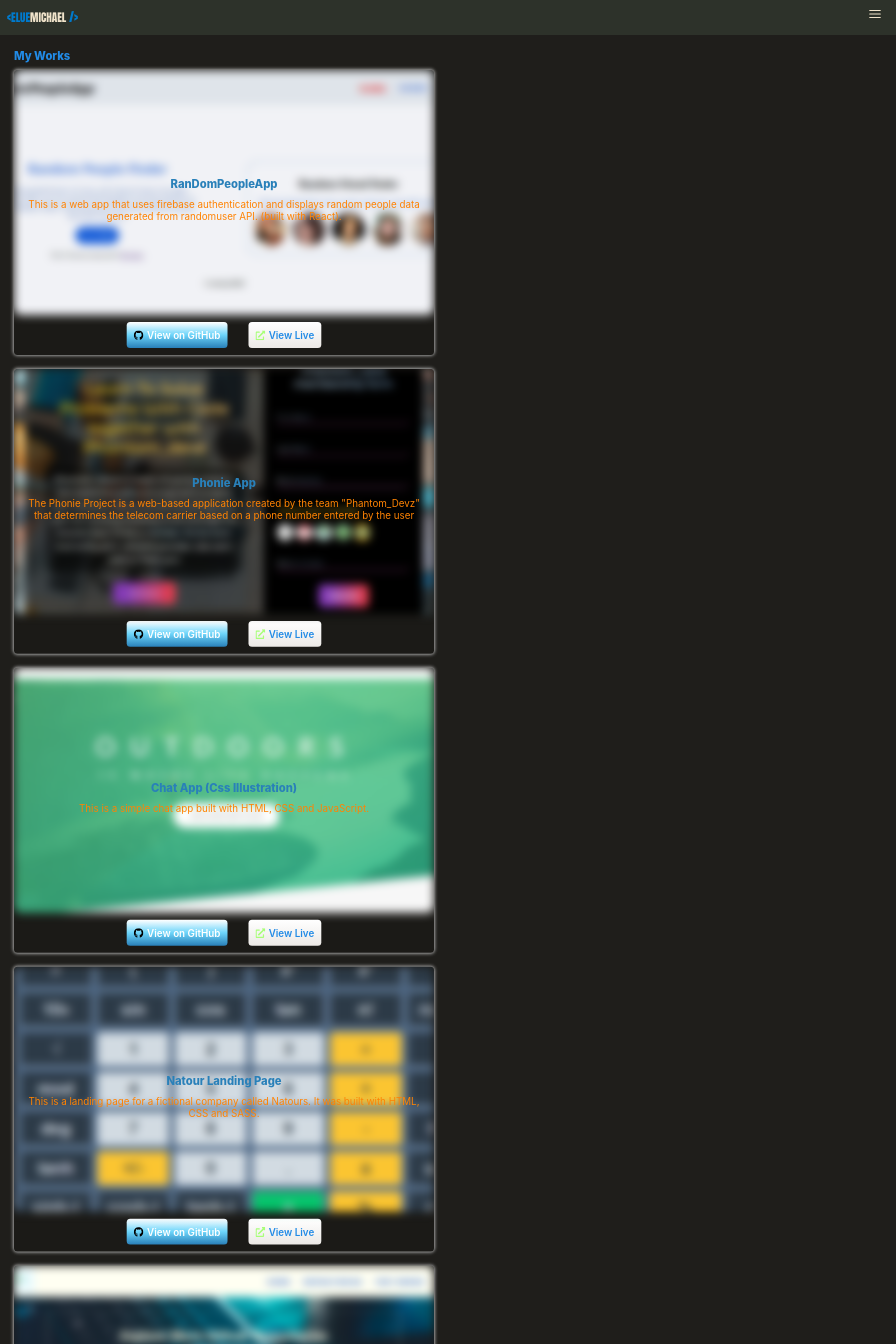
Repository: MikkyPrestige/portfolio
Page: /projects
These files come from the project's save history. The page is drawn as it stood at one moment and after the next save; the edit follows.
The browser window is 1280 px wide. The pictures show the part of the page from y = 0 to 1920 px (the page is 5651 px tall), at 70% of full size.
The project was rebuilt for these pictures with package versions that can differ from the ones it lists, and the page was loaded fresh each time. Also part of the build but not shown: src/components/avatar.jsx, src/components/home.jsx, src/components/about.jsx, src/components/fallback.jsx.

Above is the page before, as saved 2023-02-21 19:19:14.

### public/index.html
<!DOCTYPE html>
<html lang="en">
  <head>
    <meta charset="utf-8" />
    <link rel="icon" href="%PUBLIC_URL%/favicon.ico" />
    <meta name="viewport" content="width=device-width, initial-scale=1" />
    <meta name="theme-color" content="#000000" />
    <meta
      name="description"
      content="Web site created using create-react-app"
    />
    <link rel="apple-touch-icon" href="%PUBLIC_URL%/logo192.png" />
    <!--
      manifest.json provides metadata used when your web app is installed on a
      user's mobile device or desktop. See https://developers.google.com/web/fundamentals/web-app-manifest/
    -->
    <link rel="manifest" href="%PUBLIC_URL%/manifest.json" />
    <!--
      Notice the use of %PUBLIC_URL% in the tags above.
      It will be replaced with the URL of the `public` folder during the build.
      Only files inside the `public` folder can be referenced from the HTML.

      Unlike "/favicon.ico" or "favicon.ico", "%PUBLIC_URL%/favicon.ico" will
      work correctly both with client-side routing and a non-root public URL.
      Learn how to configure a non-root public URL by running `npm run build`.
    -->
    <title>Elue Michael Portfolio</title>
  </head>
  <body>
    <noscript>You need to enable JavaScript to run this app.</noscript>
    <div id="root"></div>
    <!--
      This HTML file is a template.
      If you open it directly in the browser, you will see an empty page.

      You can add webfonts, meta tags, or analytics to this file.
      The build step will place the bundled scripts into the <body> tag.

      To begin the development, run `npm start` or `yarn start`.
      To create a production bundle, use `npm run build` or `yarn build`.
    -->
  </body>
</html>

### src/assets/styles/sass/main.scss
@import 'abstracts/variables';
@import 'base/utilities';
@import 'base/base';
@import 'layouts/header';
@import 'pages/home';
@import 'pages/about';
@import 'pages/projects';
@import 'base/animation';

// @media (prefers-reduced-motion: no-preference) {
//   .App-logo {
//     animation: App-logo-spin infinite 20s linear;
//   }
// }

// @keyframes App-logo-spin {
//   from {
//     transform: rotate(0deg);
//   }
//   to {
//     transform: rotate(360deg);
//   }
// }

### src/components/layout.jsx
import React from "react";
import { MdClose } from "react-icons/md";
import { FiMenu } from "react-icons/fi";
import { useState } from "react";
import { NavLink } from "react-router-dom";

const Layout = () => {
  return (
    <div>
      <LayoutSmall />
      <LayoutLarge />
    </div>
  );
};

const CustomNavLink = ({ to, ...props }) => {
  let activeStyle = {
    color: "var(--color--green)",
    textDecoration: "underline",
  };

  return (
    <NavLink
      to={to}
      style={({ isActive }) =>
        isActive ? activeStyle : { textDecoration: "none" }
      }
      {...props}
    />
  );
};

const LayoutSmall = () => {
  const [showMenu, setShowMenu] = useState(false);

  const toggleMenu = () => {
    setShowMenu(!showMenu);
  };

  const closeMenu = () => {
    setShowMenu(false);
  };

  return (
    <div className="layout layout--small">
      <header className="layout--header">
        <div className="layout--header__title">
          <h1 className="layout--header__title__content">
            <span className="layout--header__title__content__span">{"<"}</span>
            <span className="layout--header__title__content__span--2">
              ELUE
            </span>
            MICHAEL{" "}
            <span className="layout--header__title__content__span">{"/>"}</span>
          </h1>
        </div>
        <nav className="layout--menu">
          <button className="layout--menu__button" onClick={toggleMenu}>
            {showMenu ? <MdClose /> : <FiMenu />}
          </button>
          <div className={`layout--menu__content ${showMenu ? "show" : ""}`}>
            <ul className="layout--menu__content__list">
              <li>
                <CustomNavLink
                  to="/"
                  onClick={closeMenu}
                  className="layout--menu__content__list__item"
                >
                  <span>#</span>Home
                </CustomNavLink>
              </li>
              <li>
                <CustomNavLink
                  to="/about"
                  onClick={closeMenu}
                  className="layout--menu__content__list__item"
                >
                  <span>#</span>About me
                </CustomNavLink>
              </li>
              <li>
                <CustomNavLink
                  to="/projects"
                  onClick={closeMenu}
                  className="layout--menu__content__list__item"
                >
                  <span>#</span>Projects
                </CustomNavLink>
              </li>
              <li>
                <CustomNavLink
                  to="/contact"
                  onClick={closeMenu}
                  className="layout--menu__content__list__item"
                >
                  <span>#</span>Contact
                </CustomNavLink>
              </li>
            </ul>
          </div>
        </nav>
      </header>
    </div>
  );
};

const LayoutLarge = () => {
  return (
    <div className="layout layout--large">
      <header className="layout--header">
        <div className="layout--title">
          <h1 className="layout--title__content">
            <span className="layout--title__content__span">{"<"}</span>
            <span className="layout--header__title__content__span--2">
              ELUE
            </span>
            MICHAEL<span className="layout--title__content__span">{"/>"}</span>
          </h1>
        </div>
        <div className="layout--menu">
          <ul className="layout--menu__list">
            <li className="layout--menu__list__item">
              <CustomNavLink to="/">Home</CustomNavLink>
            </li>
            <li className="layout--menu__list__item">
              <CustomNavLink to="/about">About me</CustomNavLink>
            </li>
            <li className="layout--menu__list__item">
              <CustomNavLink to="/projects">Projects</CustomNavLink>
            </li>
            <li className="layout--menu__list__item">
              <CustomNavLink to="/contact">Contact</CustomNavLink>
            </li>
          </ul>
        </div>
      </header>
    </div>
  );
};

export { Layout, LayoutSmall, LayoutLarge };

### src/assets/styles/sass/abstracts/_variables.scss
:root {
  --color-primary: #cc4600;
  --color-secondary: #bb45cb;
  --color-tertiary: #eefff8;

  // MARK UP
  --color--markup: #FF8303;
  // TEXT
  --color--text: #F0E3CA;

  // BACKGROUND
  --color--bg: #2D322A;
  --color--bg-light: #242320;
  --color--bg-dark: #1B1A17;
  --color--bg-dark-2: #1F1E1B;
  //DARK
  --color--dark: rgba(22, 22, 22, 1);
  --color--dark-1: rgba(34, 34, 34, 1);
  --color--dark-2: rgba(45, 45, 45, 1);
  --color--dark-3: rgba(51, 51, 51, 1);
  --color--dark-4: rgba(189, 189, 189, 1);
  //WHITE
  --color--white: rgba(255, 255, 255, 1);
  --color--white-1: rgba(240, 227, 202, 1);
  --color--white-2: #ece9e6;
  --color--white-op: rgba(240, 227, 202, 0.76);

  // GRAY
  --color--gray: #ABB2BF;

  --light-blue: rgba(97, 218, 251, 1);
  --light-blue--1: #3bc9db;
  --light-blue--2: #6dd5fa;
  --dark-blue: rgba(0, 122, 204, 1);
  --dark-blue--1: #2980b9;
  --blue-cyan: #228be6;
  --dark-blue-op: rgba(6, 6, 7, 0.82);

  --color--green: rgba(131, 205, 41, 1);

  //Font size
  --font-size: 1rem;
  --font-size--small: 1.2rem;
  --font-size--medium: 1.4rem;
  --font-size--large: 1.6rem;
  --font-size--x-large: 1.8rem;
  --font-size--xx-large: 2rem;
  // ICON FONTS
  --font-size--icon: 3rem;
  --font-size--icon-1: 3.5rem;
  --font-size--icon-2: 4rem;


  //Font family
  --font-family: 'Roboto', sans-serif;
  --font--family--primary: 'Inter', sans-serif;
  --font-family--secondary: 'Inconsolata', monospace;
  --font-family--tertiary: 'Impact', sans-serif;
  --font-family--2: 'Fira Code', monospace;

  // FONT WEIGHT
  --font-weight--light: 300;
  --font-weight--regular: 400;
  --font-weight--medium: 600;
  --font-weight--bold: 800;
  --font-weight--boldest: 900;
}

### src/assets/styles/sass/base/_utilities.scss
.github-link-bg {
  background: linear-gradient(to top, var(--dark-blue--1), var(--light-blue--2), var(--color--white));
}

.live-link-bg {
  background: linear-gradient(to top, var(--color--white-2), var(--color--white));
}

.blue-markup {
  color: var(--blue-cyan) !important;
}

### src/assets/styles/sass/base/_base.scss
*,
*::after,
*::before {
  margin: 0;
  padding: 0;
  box-sizing: border-box;
}

html {
  font-size: 62.5%;
  font-family: var(--font-family);
  color: var(--color-white);
  background-color: var(--color--bg);
}

::selection {
  background-color: var(--color-primary);
  color: var(--color-white);
}

### src/assets/styles/sass/layouts/_header.scss
.layout {
  width: 100%;
  height: 5rem;

  &--header {
    display: flex;
    justify-content: space-between;
    align-items: center;
    padding: 1rem;

    &__title {
      text-align: center;

      &__content {
        color: var(--color--text);
        font-family: var(--font-family--tertiary);
        font-size: var(--font-size--large);
        font-weight: var(--font-weight--regular);
        position: absolute;
        z-index: 1000;

        &__span {
          color: var(--dark-blue);
          font-size: var(--font-size--x-large);

          &--2 {
            color: var(--dark-blue);
          }
        }
      }
    }
  }

  &--menu {
    position: relative;

    &__button {
      position: fixed;
      top: 1rem;
      right: 2rem;
      z-index: 10;
      background-color: var(--color--bg);
      color: var(--color--text);
      border: none;
      font-size: var(--font-size--xx-large);
      font-weight: var(--font-weight--bold);
      cursor: pointer;
    }

    &__content {
      position: fixed;
      top: 0;
      right: 0;
      width: 0;
      max-width: 100%;
      height: 85%;
      background-color: var(--color--bg-dark);
      z-index: 5;
      overflow: hidden;

      &.show {
        width: 100%;
        transition: all 1s ease-in-out;
        -webkit-transition: all 1s ease-in-out;
        -moz-transition: all 1s ease-in-out;
        -ms-transition: all 1s ease-in-out;
        -o-transition: all 1s ease-in-out;
      }

      &__list {
        list-style: none;
        display: flex;
        flex-direction: column;
        justify-content: center;
        align-items: center;
        gap: 5rem;
        padding: 0;
        margin-top: 8rem;

        &__item {
          color: var(--dark-blue);
          font-family: var(--font-family--secondary);
          font-size: var(--font-size--large);
          font-weight: var(--font-weight--bold);
          font-style: normal;
          text-transform: capitalize;
          cursor: pointer;
          transition: all 1s ease-in-out;
          -webkit-transition: all 1s ease-in-out;
          -moz-transition: all 1s ease-in-out;
          -ms-transition: all 1s ease-in-out;
          -o-transition: all 1s ease-in-out;

          &:hover,
          &:active {
            color: var(--color--text);
          }

          span {
            color: var(--color--white-1);
          }
        }
      }
    }
  }


  &--large {
    display: none;
  }
}

### src/assets/styles/sass/pages/home.scss
.home {
  width: 100%;
  height: 100vh;
  background: radial-gradient(100% 100% at 50% 100%, var(--color--bg-dark-2) 21.52%, var(--color--bg-dark) 100%);

  &--contents {
    display: flex;
    flex-direction: column;
    justify-content: center;
    align-items: center;
    padding: 3rem 5rem;
    gap: 3rem;
  }

  &--content {
    display: flex;
    flex-direction: column;
    align-items: flex-start;
    padding: 0;
    gap: .5rem;

    &__title {
      font-family: var(--font-family--secondary);
      font-size: var(--font-size--x-large);
      font-weight: var(--font-weight--boldest);
      color: var(--dark-blue);
    }

    &__subtitle {
      font-family: var(--font-family--secondary);
      font-size: var(--font-size--large);
      font-weight: var(--font-weight--bold);
      color: var(--color--text);
    }

    &__desc {
      font-family: var(--font-family--secondary);
      font-size: var(--font-size--small);
      font-weight: var(--font-weight--regular);
      color: var(--color--white-1);
    }
  }

  &--avatar {
    border-radius: 5%;
    -webkit-border-radius: 5%;
    -moz-border-radius: 5%;
    -ms-border-radius: 5%;
    -o-border-radius: 5%;
    background-image: radial-gradient(circle, var(--blue-cyan) 5%, var(--light-blue--1) 95%);
  }
}

### src/assets/styles/sass/pages/_about.scss
.about {
  width: 100%;
  height: 100%;
  background-color: var(--color--bg-dark-2);
  color: var(--color--gray);

  &--wrapper {
    display: flex;
    flex-direction: column;
    justify-content: center;
    align-items: center;
    gap: 1rem;
  }

  &--desc {
    padding: 5rem;
    display: flex;
    flex-direction: column;
    justify-content: center;
    align-items: center;
    gap: 5rem;
  }

  &--img {
    position: relative;

    &__content1 {
      width: 3rem;
      height: 3rem;
      position: absolute;
      top: 0;
      left: 0;
      background: var(--dark-blue);
      transform: rotate(51.88deg);
    }

    &__content2 {
      width: 3rem;
      height: 3rem;
      position: absolute;
      top: 0;
      left: 0;
      background: var(--color--white-op);
    }
  }

  &--content {
    display: flex;
    flex-direction: column;
    justify-content: center;
    align-items: flex-start;
    gap: 2rem;
    font-family: var(--font-family--2);

    &__title {
      line-height: 2;

      &__head {
        font-size: var(--font-size--x-large);
        font-weight: var(--font-weight--medium);
      }

      &__span {
        color: var(--dark-blue);
      }

      &__subhead {
        font-size: var(--font-size--medium);
        font-weight: var(--font-weight--regular);
      }
    }

    &__text {
      padding-left: 3rem;
      line-height: 1.5;
      color: var(--color--text);

      &__head {
        font-size: var(--font-size--large);
        font-weight: var(--font-weight--regular);

        &__name {
          color: var(--blue-cyan);
          font-weight: var(--font-weight--medium);
        }
      }

      &__desc {
        font-size: var(--font-size--small);
        font-weight: var(--font-weight--regular);
      }
    }
  }

  &--skills {
    display: flex;
    flex-direction: column;
    justify-content: center;
    align-items: center;
    gap: 2rem;

    &__title__head {
      font-size: var(--font__title -size--x-large);
      font-weight: var(--font-weight--medium);
      color: var(--dark-blue);
      text-transform: capitalize;
    }

    &__icon {
      font-size: var(--font-size--medium);
      color: var(--color--white-1);
    }

    &__content {
      display: flex;
      flex-direction: column;
      align-items: flex-start;
      gap: 2rem;
      padding: 0;
      width: 100%;

      &__items {
        display: grid;
        grid-template-columns: repeat(2, 1fr);
        gap: 2rem 5rem;
        width: 100%;
        padding: 1rem 3rem;
        border-radius: 1rem;
        background-color: var(--color--bg-dark);

        &__card {
          display: flex;
          flex-direction: column;
          justify-content: center;
          align-items: center;
          padding: 1rem;
          width: 10rem;
          border-radius: 1rem;
          -webkit-border-radius: 1rem;
          -moz-border-radius: 1rem;
          -ms-border-radius: 1rem;
          -o-border-radius: 1rem;

          &__icon {
            font-size: var(--font-size--icon-2);
          }

          &__text {
            font-family: var(--font-family--secondary);
            font-size: var(--font-size--medium);
            font-weight: var(--font-weight--medium);
            color: var(--color--white-1);
          }
        }
      }
    }
  }
}

### src/assets/styles/sass/pages/_projects.scss
.project {
  padding: 2rem;
  background-color: var(--color--bg-dark-2);

  &--title {
    font-family: var(--font--family--secondary);
    font-size: var(--font-size--large);
    font-weight: var(--font-weight--bold);
    color: var(--blue-cyan);
    margin-bottom: 1rem;
  }

  &--wrapper {
    display: grid;
    grid-template-columns: repeat(1, 1fr);
    gap: 2rem;
    width: 100%;
  }

  &--card {
    background-color: var(--color--bg-dark);
    // margin: auto;
    padding: 1rem;
    border-radius: 0.5rem;
    box-shadow: 0 0 0.5rem 0.1rem var(--color--dark-4);
    transition: all 0.3s ease-in-out;
    position: relative;
    display: flex;
    flex-direction: column;
    justify-content: center;
    align-items: center;
    // height: 100%;
    max-width: 60rem;
    overflow-y: hidden;

    &:hover {
      transform: translateY(-0.5rem);
      box-shadow: 0 0 0.5rem 0.1rem var(--color--dark-4);
    }

    &__blur {
      position: absolute;
      top: 0;
      left: 0;
      width: 100%;
      height: 35rem;
      border-radius: 1rem;
      background-size: cover;
      background-position: center;
      background-repeat: no-repeat;
      filter: blur(0.7rem);
      //z-index: 1;

      &-1 {
        background-image: url(../../../images/randomApp.jpeg);
      }

      &-2 {
        background-image: url(../../../images/phonieApp.jpeg);
      }

      &-3 {
        background-image: url(../../../images/natours.jpeg);
      }

      &-4 {
        background-image: url(../../../images/calculator.jpeg);
      }

      &-5 {
        background-image: url(../../../images/repoApp.jpeg);
      }

      &-6 {
        background-image: url(../../../images/fylo.jpeg);
      }

      &-7 {
        background-image: url(../../../images/orderCard.jpeg);
      }

      &-8 {
        background-image: url(../../../images/phonyApp.jpeg);
      }

      &-9 {
        background-image: url(../../../images/ratingApp.jpeg);
      }

      &-10 {
        background-image: url(../../../images/chatAppCss.jpeg);
      }

      &-11 {
        background-image: url(../../../images/trillo.jpeg);
      }

      &-12 {
        background-image: url(../../../images/statsCard.jpeg);
      }

      &-13 {
        background-image: url(../../../images/phonyApp.jpeg);
      }

      &-14 {
        background-image: url(../../../images/shoebrand.jpeg);
      }
    }

    &__content {
      height: 35rem;
      width: 100%;
      display: flex;
      flex-direction: column;
      justify-content: center;
      align-items: center;
      gap: 1rem;
      position: relative;
      top: 0;
      left: 0;
      // z-index: 10;

      &__title {
        font-family: var(--font--family--secondary);
        font-size: var(--font-size--large);
        font-weight: var(--font-weight--bold);
        color: var(--dark-blue--1);
      }

      &__desc {
        font-family: var(--font--family--secondary);
        font-size: var(--font-size--medium);
        font-weight: var(--font-weight--regular);
        color: var(--color--markup);
        text-align: center;
      }
    }

    &__links {
      display: flex;
      align-items: center;
      gap: 3rem;

      &__link {
        text-decoration: none;
        padding: 1rem;
        border-radius: 0.5rem;
        font-family: var(--font--family--secondary);
        font-size: var(--font-size--medium);
        font-weight: var(--font-weight--medium);
        color: var(--color--white);
        transition: all 0.3s ease-in-out;
        display: inline-flex;
        align-items: center;
        gap: .5rem;

        &:hover,
        &:focus {
          outline: none;
          animation: Heartbeat 1s infinite;
          -webkit-animation: Heartbeat 1s infinite;
}
      }
    }
  }
}

### src/assets/styles/sass/base/_animation.scss
//  INFINITE HEARTBEAT PAUSE ANIMATION

@keyframes Heartbeat {
  0% {
    transform: scale(1);
    -webkit-transform: scale(1);
    -moz-transform: scale(1);
    -ms-transform: scale(1);
    -o-transform: scale(1);
  }

  50% {
    transform: scale(1.05);
    -webkit-transform: scale(1.05);
    -moz-transform: scale(1.05);
    -ms-transform: scale(1.05);
    -o-transform: scale(1.05);
  }

  100% {
    transform: scale(1);
    -webkit-transform: scale(1);
    -moz-transform: scale(1);
    -ms-transform: scale(1);
    -o-transform: scale(1);
  }
}

Loaded but not shown: src/index.css (common file); src/reportWebVitals.js (common file); src/index.js (21 lines, source omitted); src/App.js (22 lines, source omitted); src/components/projects.jsx (437 lines, source omitted)

After the next save:
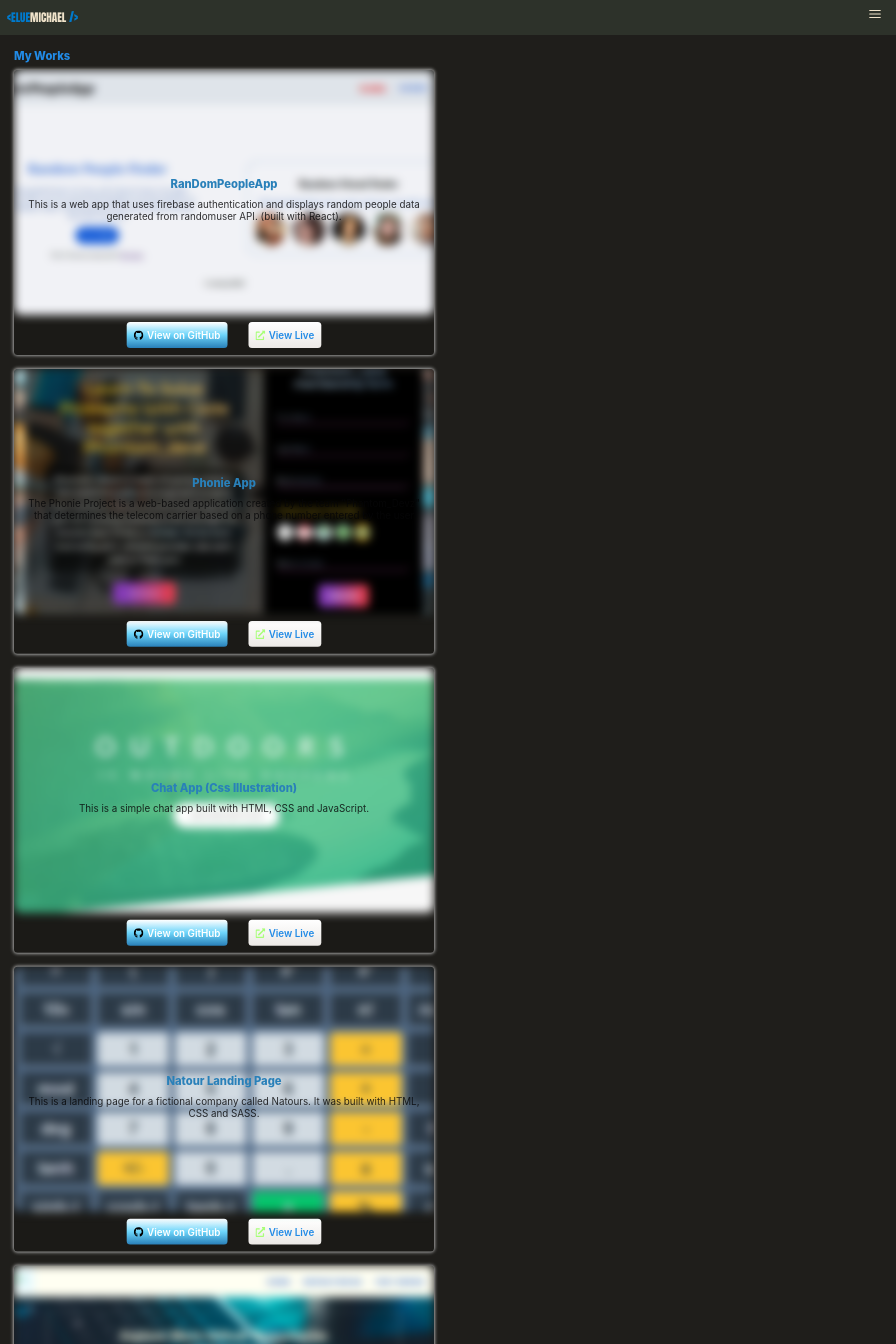
Saved 41 s later.
--- a/src/assets/styles/sass/pages/_projects.scss
+++ b/src/assets/styles/sass/pages/_projects.scss
@@ -132,7 +132,7 @@
         font-family: var(--font--family--secondary);
         font-size: var(--font-size--medium);
         font-weight: var(--font-weight--regular);
-        color: var(--color--markup);
+        color: var(--dark-blue-op);
         text-align: center;
       }
     }
